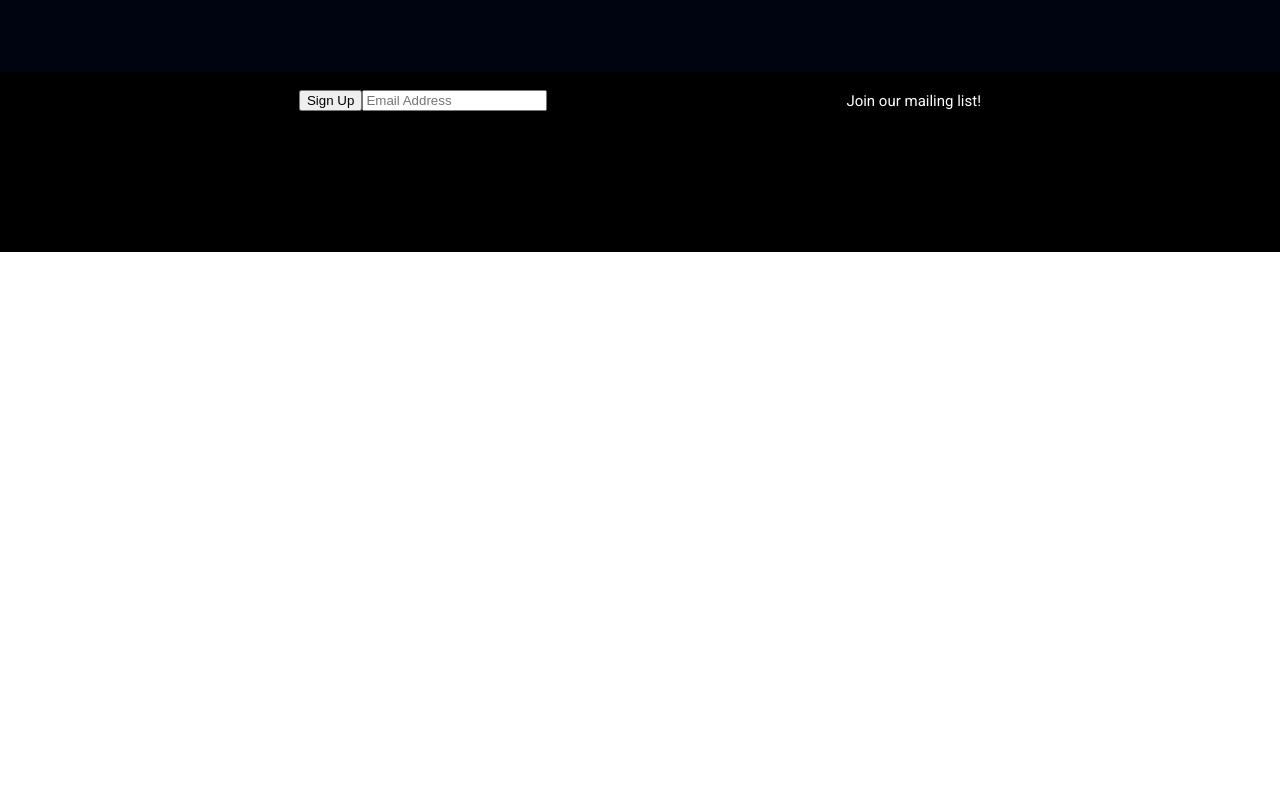
Repository: Kobramall/web-sprint-challenge-user-interface-responsive-design
Page: index.html
The author's editor kept a copy of each file at every save. The page is drawn from the files as they stood at one save, then again after the next save.
The browser window is 1280 px wide. The pictures show the part of the page from y = 2536 to 3332 px (the page is 3332 px tall before and 2788 px after).
A picture or video elsewhere on the page could not be fetched, so the positions and the page height are approximate. Some web libraries are served in a nearby version.

Above is the page before, as saved 2022-08-10 13:46:20.

After the next save:
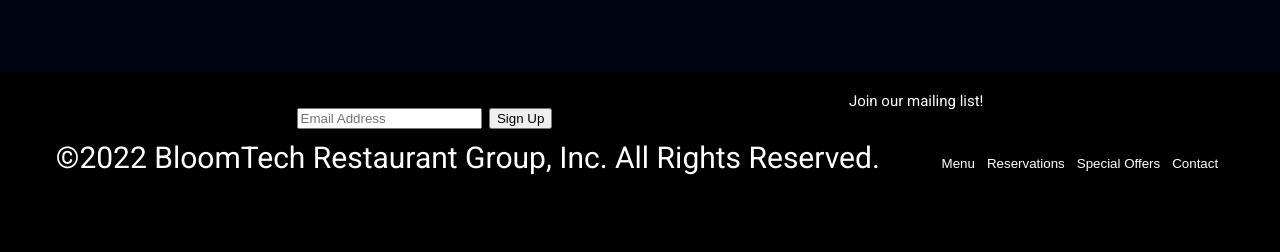
Saved 107 s later.
--- a/index.html
+++ b/index.html
@@ -133,14 +133,14 @@
 		<footer>
 			<div>
 				<h3>Join our mailing list!</h3>
-					<div class="box">
+
 						<form action = "#">
-							<div class = "form-box">
+
 								<input type="text" name="EmailAddress" placeholder="Email Address">
 								<button type = "submit">Sign Up</button>
-							</div>
+
 						</form>
-					</div>
+
 			</div>
 			<div>
 				 <nav>
